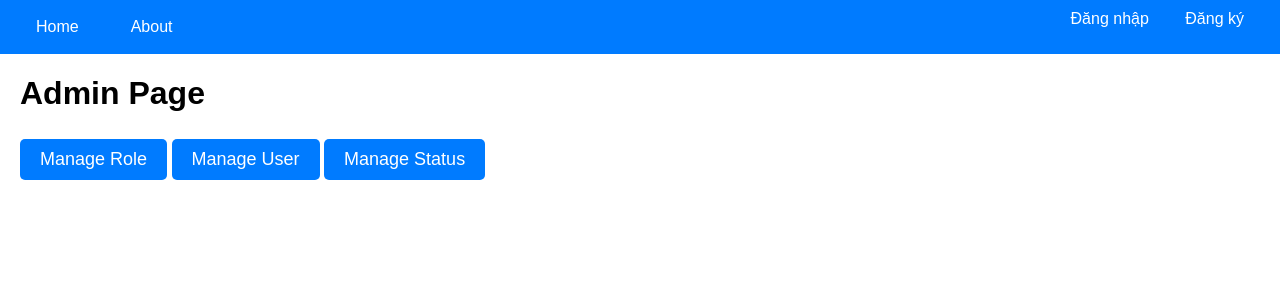
Repository: Loc2804/LTM
Page: http://localhost/RestaurantProject/WelcomeAdmin.jsp
The author's editor kept a copy of each file at every save. The page is drawn from the files as they stood at one save, then again after the next save.
The browser window is 1280 px wide. The pictures show the whole page.
The page is served by Tomcat 10.

Above is the page before, as saved 2024-12-07 17:26:29.

After the next save:
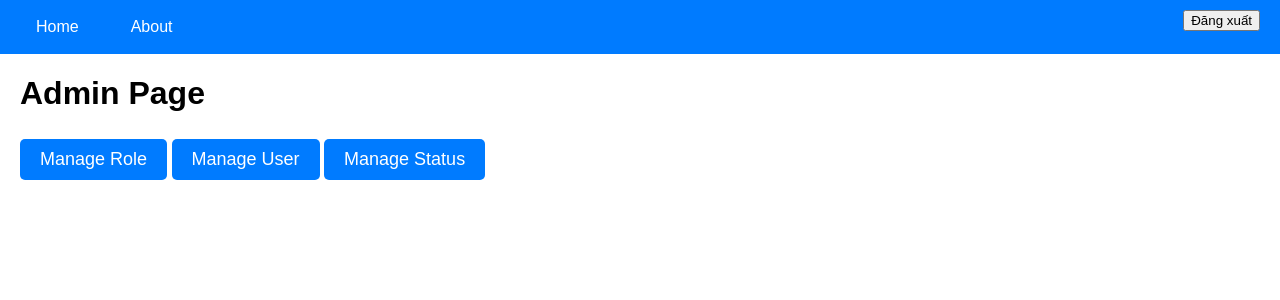
Saved 58 s later.
--- a/RestaurantProject/src/main/webapp/WelcomeAdmin.jsp
+++ b/RestaurantProject/src/main/webapp/WelcomeAdmin.jsp
@@ -77,7 +77,7 @@
         </div>
         <%
         	User user = (User) session.getAttribute("user");
-        	if(user == null || user.getRole() == null){
+        	if(user != null && user.getRole() != null){
         %>
         <div>
             <a href="Login.jsp">Đăng nhập</a>
